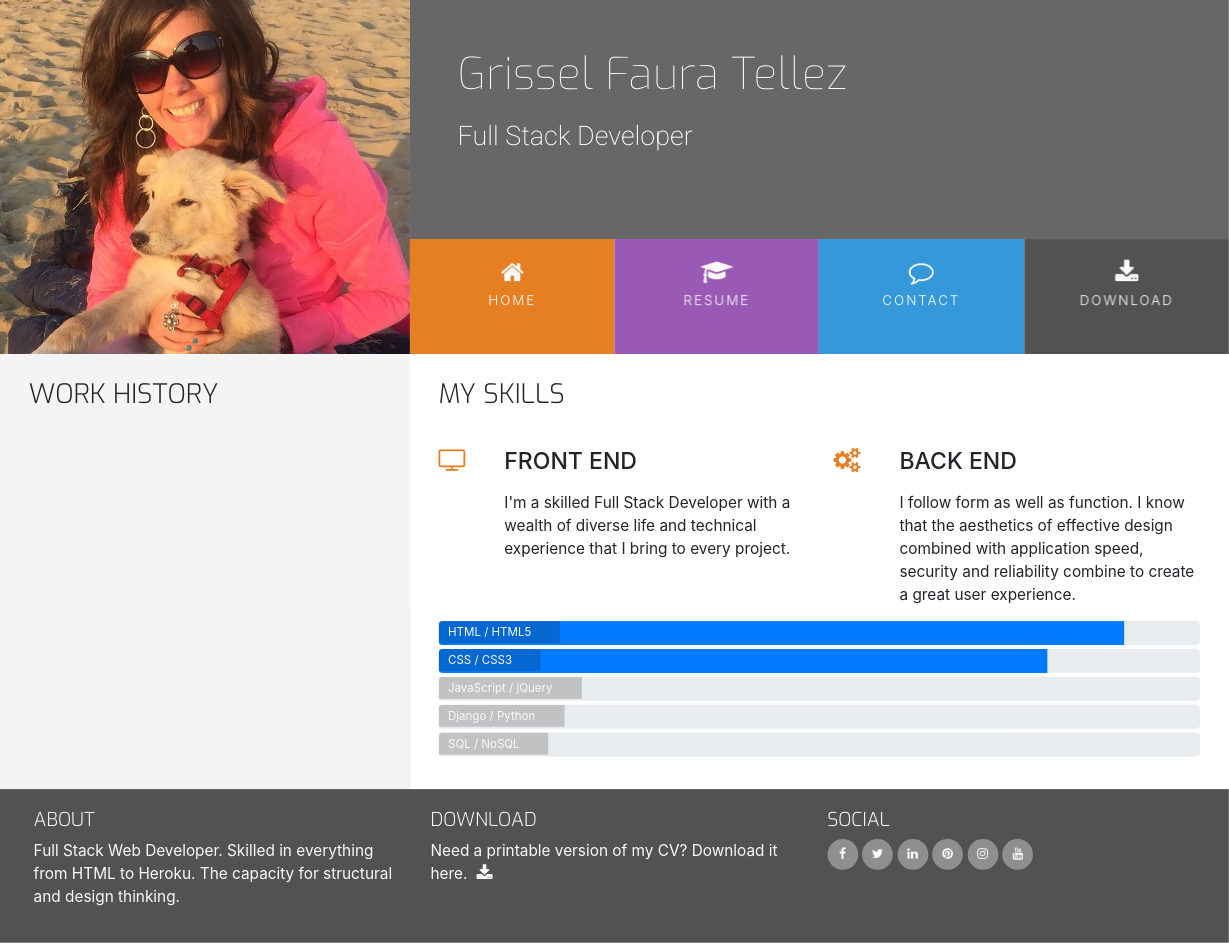
Repository: grisselfaura/Resume-Project-Introduction
Page: resume.html
The author's editor kept a record of every edit. The page is drawn from the files as they stood at one moment, then again after the next edit.
The browser window is 1280 px wide. The pictures show the whole page, at 96% of full size.

Above is the page before.

After the next edit:
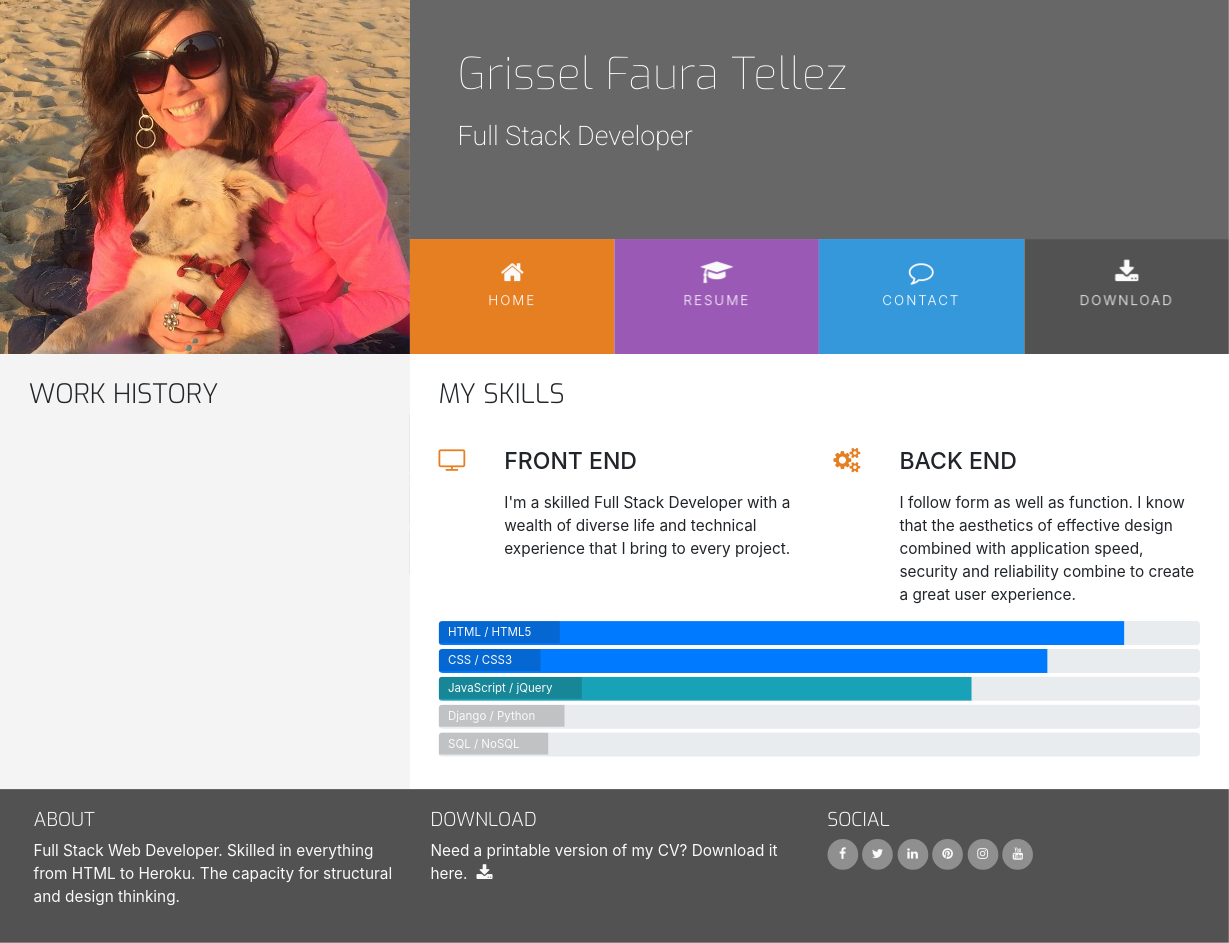
The edit:
--- a/resume.html
+++ b/resume.html
@@ -100,7 +100,7 @@
                             <span class="progress-type">CSS / CSS3</span>
                         </div>
                         <div class="progress">
-                            <div class="progress-bar bg-info" role="progressbar" aria-valuenow="70" aria-valuemin="0" aria-valuemax="100" style:"width:70%;">
+                            <div class="progress-bar bg-info" role="progressbar" aria-valuenow="70" aria-valuemin="0" aria-valuemax="100" style="width:70%;">
                                 <span class="sr-only">70% complete</span>
                             </div>
                             <span class="progress-type">JavaScript / jQuery</span>
